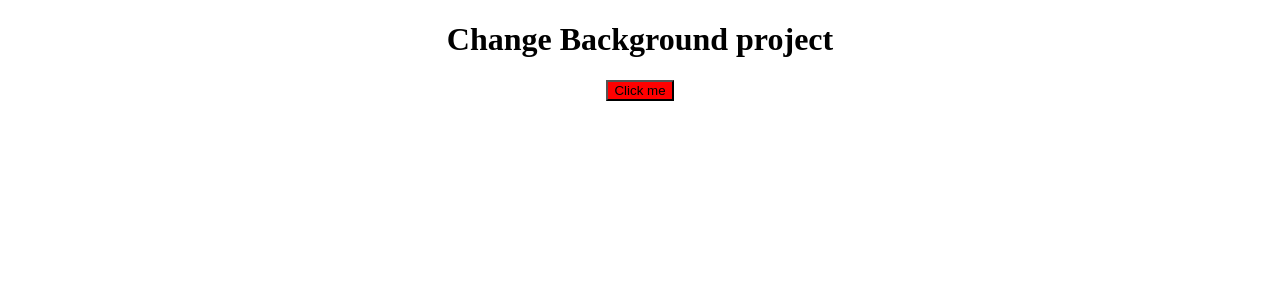
Repository: NiutaR/changeColors-dom
Page: index.html
The author's editor kept a copy of each file at every save. The page is drawn from the files as they stood at one save, then again after a run of saves.
The browser window is 1280 px wide. The pictures show the whole page.

Above is the page before, as saved 2021-07-20 16:31:42.

### index.html
<!DOCTYPE html>
<html lang="en">

<head>
    <meta charset="UTF-8">
    <meta http-equiv="X-UA-Compatible" content="IE=edge">
    <meta name="viewport" content="width=device-width, initial-scale=1.0">
    <title>Change Background project</title>
</head>

<body>
    <div id="div1">
        <h1>Change Background project</h1>

    </div>

<script src="index.js"></script>

</body>

</html>

### index.js
/*let newBtn = document.createElement('button');
newBtn.id = 'btnId';*/
//Added btn in Html and added id
const btn = document.createElement('button');
const node = document.createTextNode('Click me');
btn.appendChild(node);
btn.id = 'btnId';
const element = document.getElementById('div1');
element.appendChild(btn);

element.style.textAlign = 'center';

// Change bg
//let bodyColorChange = document.body.style.backgroundColor = 'orange';
//let randomColor = Math.floor(Math.random() * 16777215).toString(16);
document.getElementById('btnId').style.backgroundColor =  'red';

After the next 2 saves:
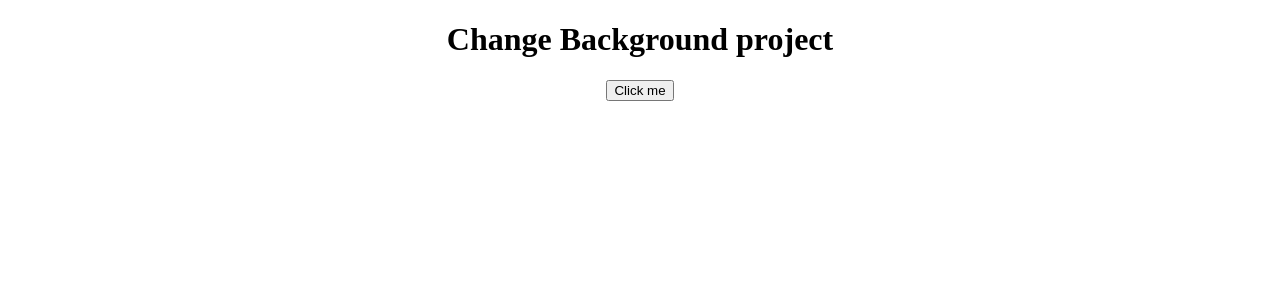
The 2 saves are shown as one change because they came seconds apart.
The last was saved 44 s later.
--- a/index.js
+++ b/index.js
@@ -13,4 +13,4 @@ element.style.textAlign = 'center';
 // Change bg
 //let bodyColorChange = document.body.style.backgroundColor = 'orange';
 //let randomColor = Math.floor(Math.random() * 16777215).toString(16);
-document.getElementById('btnId').style.backgroundColor =  'red';
+//document.getElementById('btnId').style.backgroundColor =  'red';
